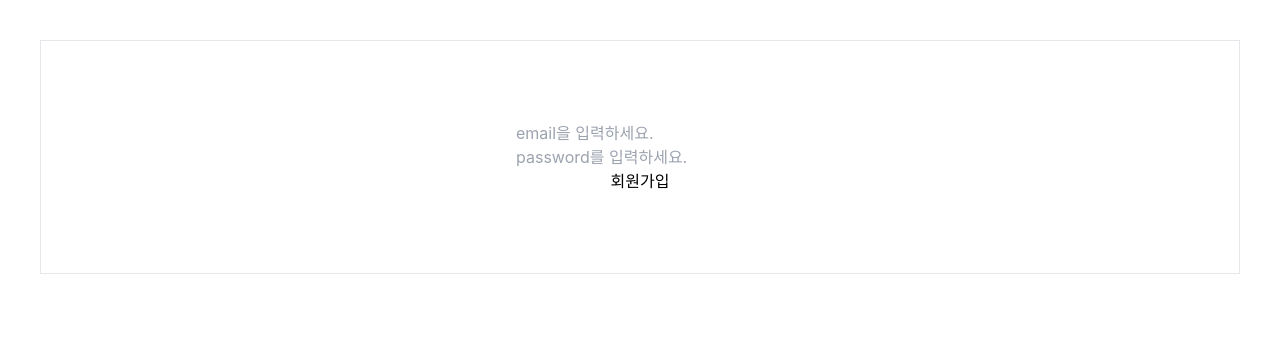
Repository: Hwang-uihyuk/wanted-pre-onboarding-frontend
Page: /signin
An editor plug-in stored every save of this project. The page is shown before and after a run of saves, followed by the edit.
The browser window is 1280 px wide. The pictures show the whole page.
The project was rebuilt for these pictures with package versions that can differ from the ones it lists, and the page was loaded fresh each time. Also part of the build but not shown: src/App.css, src/pages/Home.jsx, src/pages/SignUp.jsx, src/pages/NotFound.jsx, src/pages/Todo.jsx.

Above is the page before, as saved 2023-02-07 22:21:43.

After the next 2 saves:
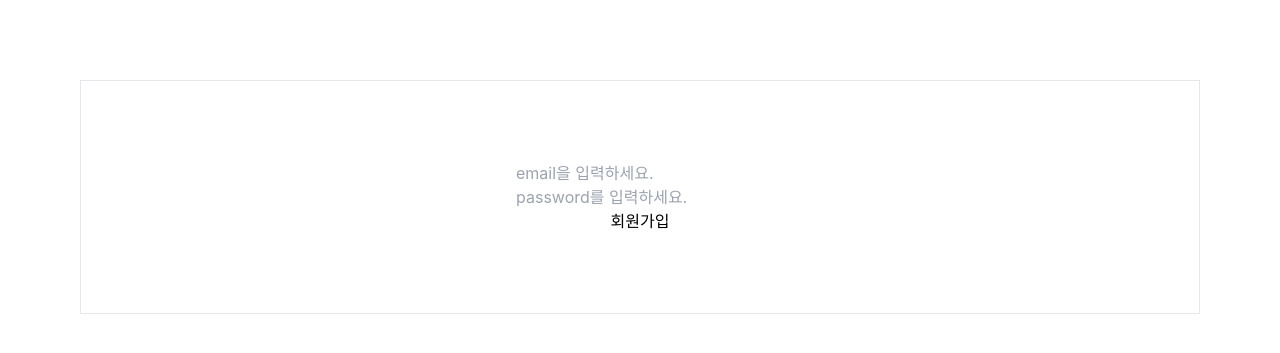
The 2 saves are shown as one change because they came seconds apart.
The last was saved 7 s later.
--- a/src/pages/SignIn.jsx
+++ b/src/pages/SignIn.jsx
@@ -58,7 +58,7 @@
 
   return (
     <div>
-       <form className='flex flex-col items-center self-center m-10 p-20 h-1000 w-flex border' >
+       <form className='flex flex-col items-center self-center m-20 p-20 h-1000 w-flex border' >
        <input
         data-testid="email-input"
         placeholder='email을 입력하세요.'
